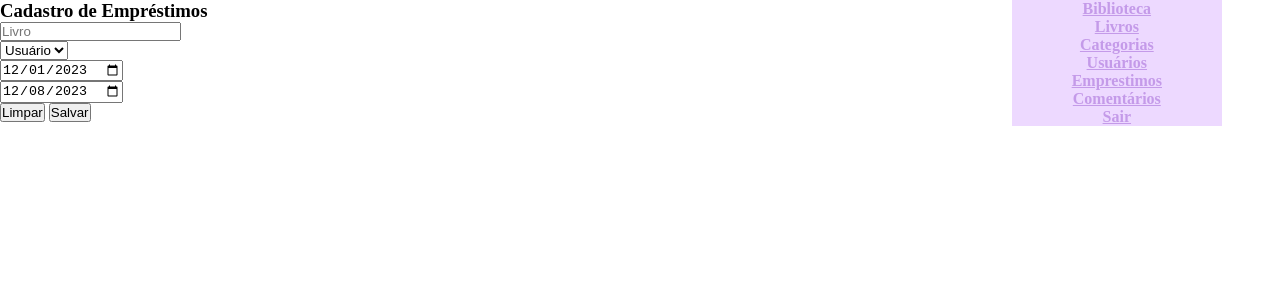
Repository: Matheus-Ghizoni/Rainbow-Library
Page: arcoiris/src/main/webapp/pages/admin/loan.html
An editor plug-in stored every save of this project. The page is shown before and after the next save, followed by the edit.
The browser window is 1280 px wide. The pictures show the whole page.
The page's requests for data from a server got no answer. Some web libraries are served in a nearby version.

Above is the page before, as saved 2023-12-06 17:32:54.
Console error: ReferenceError: jQuery is not defined

### arcoiris/src/main/webapp/pages/admin/loan.html
<html lang="en">

<head>
	<meta charset="UTF-8">
	<meta name="viewport" content="width=device-width, initial-scale=1.0">
	<link rel="stylesheet" href="../../css/admin.css">
	<link rel="stylesheet" type="text/css" href="../../css/jquery-ui.css">
	<link href="https://cdn.jsdelivr.net/npm/select2@4.1.0-beta.1/dist/css/select2.min.css" rel="stylesheet" />
	<script src="../../js/loan.js"></script>
	<script src="../../js/jquery-ui.js"></script>
	<script src="https://code.jquery.com/jquery-3.6.4.min.js"
		integrity="sha256-oP6HI9z1XaZNBrJURtCoUT5SUnxFr8s3BzRl+cbzUq8=" crossorigin="anonymous"></script>
	<script src="https://cdn.jsdelivr.net/npm/select2@4.1.0-beta.1/dist/js/select2.min.js"></script>
	<title>Loan</title>
</head>

<body>
	<!-- Menu -->
	<div class="menu">
		<div class="d-flex justify-content-center">
			<img class="menu-img" src="../../imgs/menu.png">
		</div>
	</div>
	<div class="modal-menu">
		<a href="library.html">Biblioteca</a> <br>
		<a href="book.html">Livros</a> <br>
		<a href="category.html">Categorias</a> <br>
		<a href="user.html">Usuários</a> <br>
		<a href="loan.html">Emprestimos</a> <br>
		<a href="comment.html">Comentários</a><br>
		<a href="../../index.html">Sair</a>
	</div>

	<!--	Modal Emprestimo  -->
	<h3>Cadastro de Empréstimos</h3>
	<form class="frmloan">
		<input type="text" placeholder="Livro" id="inputBookLoan"><br>
		<select name="type" class="selectUsers" id="selectUsers" onload="getAllUsers()">
			<option value="">Usuário</option>
		</select><br>
		<input type="date" placeholder="Data de empréstimo" id="inputStartDateLoan"><br>
		<input type="date" placeholder="Prazo de Devolução" id="inputDeadlineDateLoan"><br>
		<button type="reset">Limpar</button>
		<button onclick="insertLoan()">Salvar</button>
	</form>

</body>

</html>

### arcoiris/src/main/webapp/css/admin.css
/* Reset */
* {
	padding: 0;
	margin: 0;
	box-sizing: border-box;
}

/* Menu */
.menu {
	position: absolute;
	top: 30px;
	right: 130px;
}

.menu-img {
	width: 70px;
	height: 70px;
}

/* Menu Modal*/
.modal-menu {
	background: #EDD9FF;
	display: block;
	position: fixed;
	align-items: center;
	text-align: center;
	right: 58px;
}

.modal-menu a {
	color: #C49AE9;
	font-weight: bold;
	margin: 60px;
}

.edit {
	width: 16px;
	height: 16px;
}

### arcoiris/src/main/webapp/js/loan.js
document.addEventListener("DOMContentLoaded", function() {
	getStartDate();
	getDeadlineDate();
	getAllUsers();
});

function getStartDate() {
	let today = new Date();
	let date = today.getFullYear() + '-' +
		(today.getMonth() + 1).toString().padStart(2, '0') + '-' +
		today.getDate().toString().padStart(2, '0');
	document.getElementById('inputStartDateLoan').value = date;
}

function getDeadlineDate() {
	let today = new Date();
	let date = today.getFullYear() + '-' +
		(today.getMonth() + 1).toString().padStart(2, '0') + '-' +
		(today.getDate() + 7).toString().padStart(2, '0');
	document.getElementById('inputDeadlineDateLoan').value = date;
}

function getAllUsers() {
	$.ajax({
		type: "GET",
		url: "/arcoiris/rest/user/getAllUsers",
		success: function(data) {
			dados = JSON.parse(data);
			displayUsers(dados);
		},
		error: function(info) {
			alert("Erro ao buscar usuários: " + info.status + " - " + info.statusText);
		}
	})
}

function displayUsers(listUsers) {
	select = "#selectUsers";
	if (listUsers != "") {
		$(select).html("");
		var option = document.createElement("option");
		option.setAttribute("value", "");
		option.innerHTML = ("Selecione");
		$(select).append(option);

		for (var i = 0; i < listUsers.length; i++) {
			if (listUsers[i].status == 1) {
				var option = document.createElement("option");
				option.setAttribute("value", listUsers[i].CPF);
				option.innerHTML = (listUsers[i].name);
				$(select).append(option);
			}
		}

	} else {
		$(select).html("");

		var option = document.createElement("option");
		option.setAttribute("value", "");
		option.innerHTML = ("Cadastre um usuário primeiro!");
		$(select).append(option);
		$(select).addClass("aviso");
	}
}

function insertLoan() {
	const bookLoan = document.getElementById("inputBookLoan");
	const userLoan = document.getElementById("inputUserLoan");
	const deadlineDateLoan = document.getElementById("inputDeadlineDateLoan");

	const loan = {
		book: bookLoan.value,
		user: userLoan.value,
		startDate: startDateLoan.value,
		deadlineDate: deadlineDateLoan.value
	};

	if ((loan.book == "") || (loan.user == "") || (loan.startDate == "") || (loan.deadlineDate == "")) {
		alert("Preencha todos os campos!");
	} else {
		$.ajax({
			type: "POST",
			url: "/arcoiris/rest/loan/insert",
			data: JSON.stringify(loan),
			success: function(msg) {
				alert(msg);
				$("#frmloan").trigger("reset");
			},
			error: function(info) {
				alert("Erro realizar um novo empréstimo: " + info.status + " - " + info.statusText);
			}
		});
	}
}

Loaded but not shown: arcoiris/src/main/webapp/css/jquery-ui.css (library); arcoiris/src/main/webapp/js/jquery-ui.js (library)

After the next save:
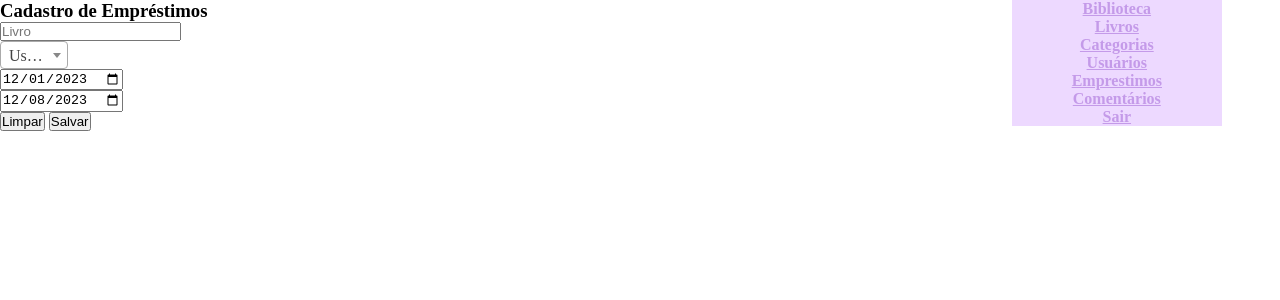
Saved 15 s later.
--- a/arcoiris/src/main/webapp/pages/admin/loan.html
+++ b/arcoiris/src/main/webapp/pages/admin/loan.html
@@ -45,5 +45,10 @@
 	</form>
 
 </body>
+<script>
+	$(document).ready(function () {
+		$('.selectUsers').select2();
+	});
+</script>
 
 </html>
